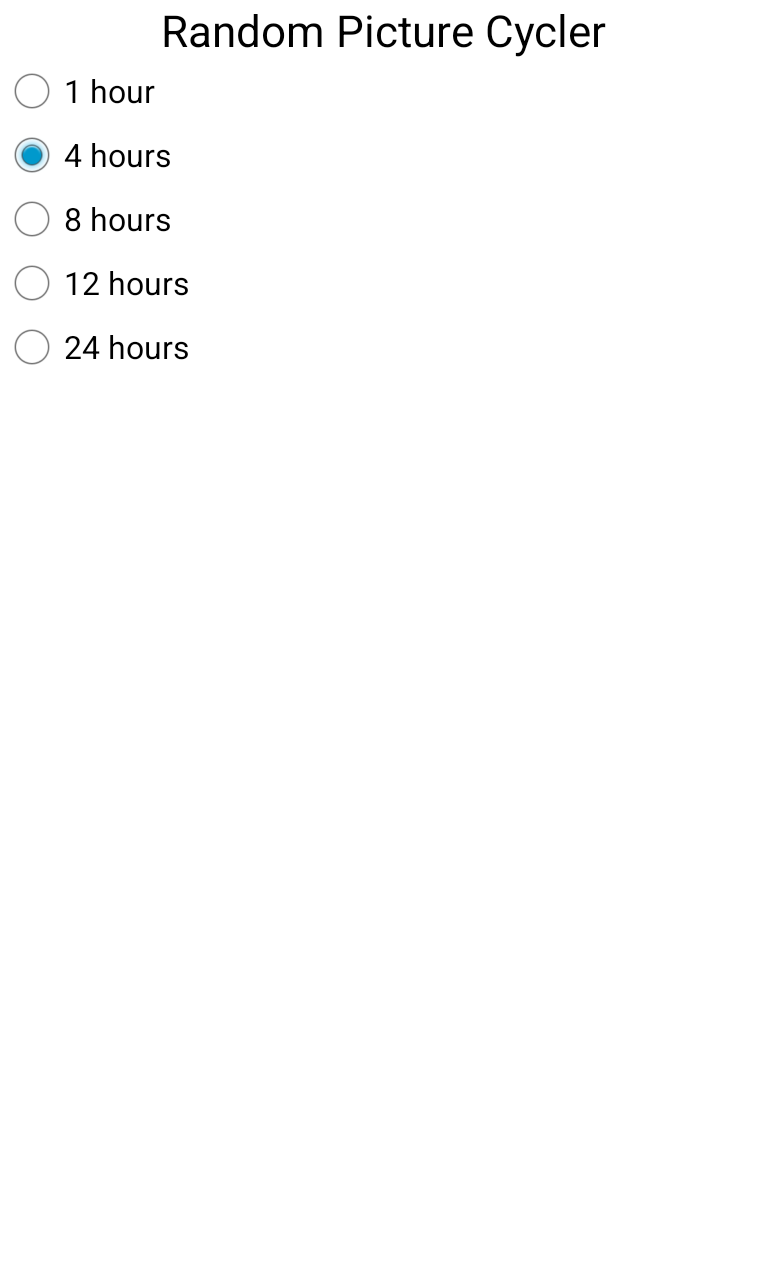
Repository: scottcaruso/MDF3_widgets_and_action_bars
Layout: PictureViewWidget/res/layout/configure_widget.xml
The author's editor kept a copy of each file at every save. The layout is drawn from the files as they stood at one save, then again after the next save.
It is drawn on a 768 x 1280 px phone screen (xhdpi) without system bars, with theme AppTheme; the app's code is not run.

Above is the layout before, as saved 2013-09-19 08:00:54.

### PictureViewWidget/res/layout/configure_widget.xml
<?xml version="1.0" encoding="utf-8"?>
<LinearLayout xmlns:android="http://schemas.android.com/apk/res/android"
    android:layout_width="match_parent"
    android:layout_height="match_parent"
    android:orientation="vertical" >

    <TextView
        android:id="@+id/textView1"
        android:layout_width="wrap_content"
        android:layout_height="wrap_content"
        android:layout_gravity="center"
        android:text="@string/random_picture_cycler"
        android:textAppearance="?android:attr/textAppearanceLarge" />

    <RadioGroup
        android:id="@+id/radio_hours"
        android:layout_width="wrap_content"
        android:layout_height="wrap_content" >

        <RadioButton
            android:id="@+id/radioOne"
            android:layout_width="wrap_content"
            android:layout_height="wrap_content"
            android:text="@string/_1_hour" />

        <RadioButton
            android:id="@+id/radioFour"
            android:layout_width="wrap_content"
            android:layout_height="wrap_content"
            android:text="@string/_4_hours"
            android:checked="true" />

        <RadioButton
            android:id="@+id/radioEight"
            android:layout_width="wrap_content"
            android:layout_height="wrap_content"
            android:text="@string/_8_hours" />

        <RadioButton
            android:id="@+id/radioTwelve"
            android:layout_width="wrap_content"
            android:layout_height="wrap_content"
            android:text="@string/_12_hours" />

        <RadioButton
            android:id="@+id/radioTwentyFour"
            android:layout_width="wrap_content"
            android:layout_height="wrap_content"
            android:text="@string/_24_hours" />

    </RadioGroup>

</LinearLayout>

### PictureViewWidget/res/values/strings.xml
<?xml version="1.0" encoding="utf-8"?>
<resources>

    <string name="app_name">PictureViewWidget</string>
    <string name="action_settings">Settings</string>
    <string name="hello_world">Hello world!</string>
    <string name="_1_hour">1 hour</string>
    <string name="_4_hours">4 hours</string>
    <string name="_8_hours">8 hours</string>
    <string name="_12_hours">12 hours</string>
    <string name="_24_hours">24 hours</string>
    <string name="random_picture_cycler">Random Picture Cycler</string>
    <string name="please_choose_how_often_you_d_like_to_see_updates">Please Choose How Often You\'d Like To See Updates</string>

</resources>

Loaded but not shown: PictureViewWidget/res/values/styles.xml (common file); PictureViewWidget/res/values-v11/styles.xml (common file); PictureViewWidget/res/values-v14/styles.xml (common file)

After the next save:
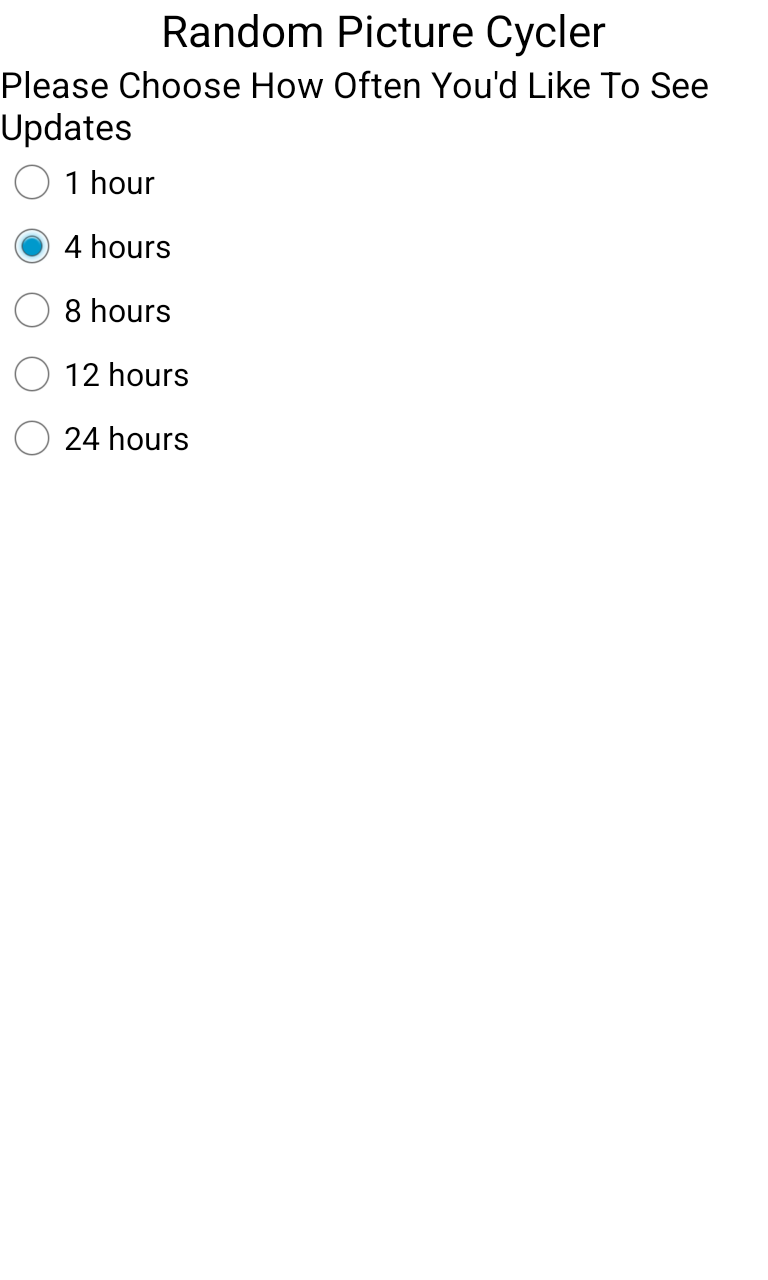
Saved 1 s later.
--- a/PictureViewWidget/res/layout/configure_widget.xml
+++ b/PictureViewWidget/res/layout/configure_widget.xml
@@ -11,6 +11,14 @@
         android:layout_gravity="center"
         android:text="@string/random_picture_cycler"
         android:textAppearance="?android:attr/textAppearanceLarge" />
+
+    <TextView
+        android:id="@+id/textView2"
+        android:layout_width="wrap_content"
+        android:layout_height="wrap_content"
+        android:layout_gravity="center"
+        android:text="@string/please_choose_how_often_you_d_like_to_see_updates"
+        android:textAppearance="?android:attr/textAppearanceMedium" />
 
     <RadioGroup
         android:id="@+id/radio_hours"
